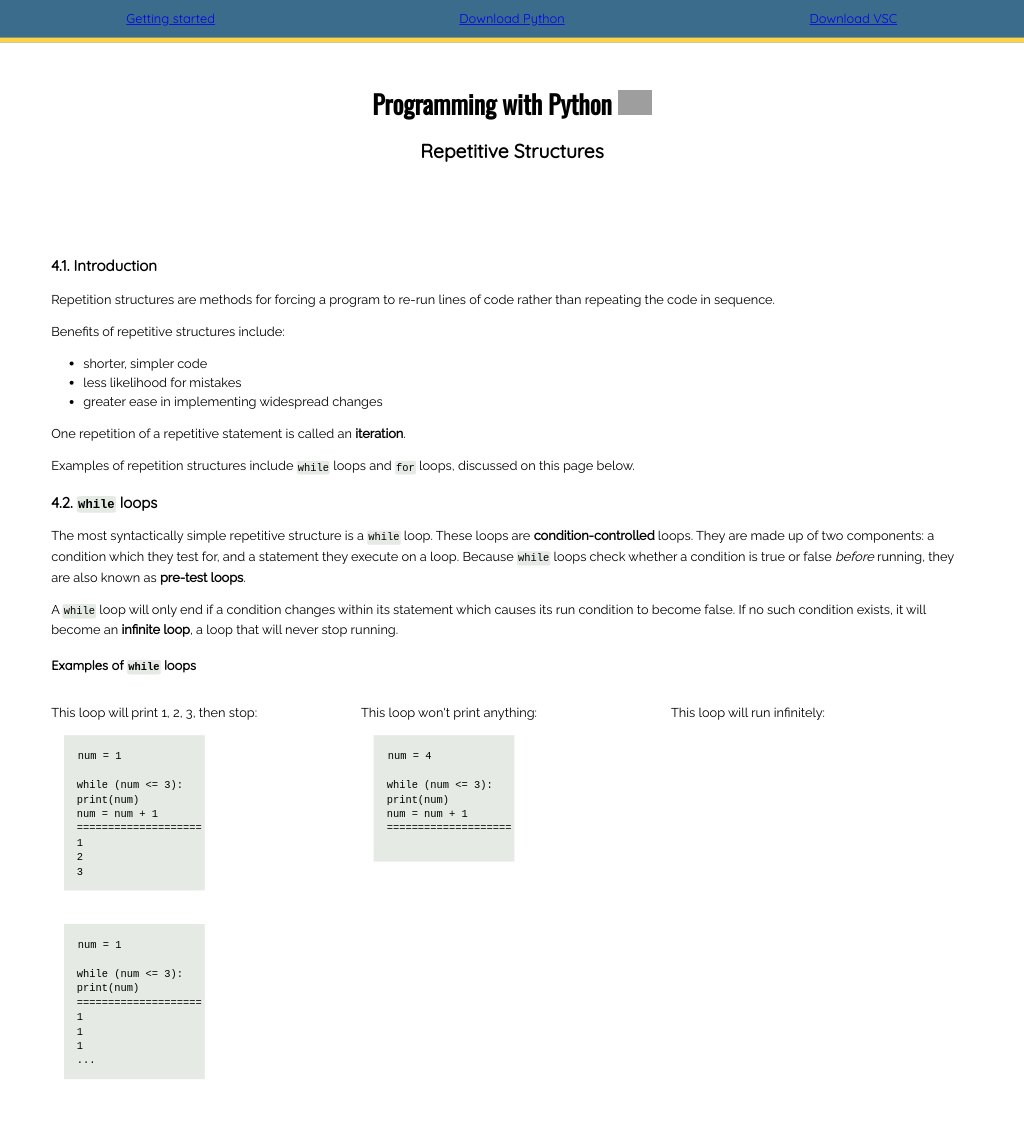
Repository: emnharris/FreeCodeCampChallenges
Page: responsive-web-design/technical-documentation-page/python-tutorial.html
An editor plug-in stored every save of this project. The page is shown before and after the next save, followed by the edit.
The browser window is 1280 px wide. The pictures show the whole page, at 80% of full size.
Pictures or frames that could not be fetched are drawn as grey boxes.

Above is the page before, as saved 2020-04-16 18:31:26.

After the next save:
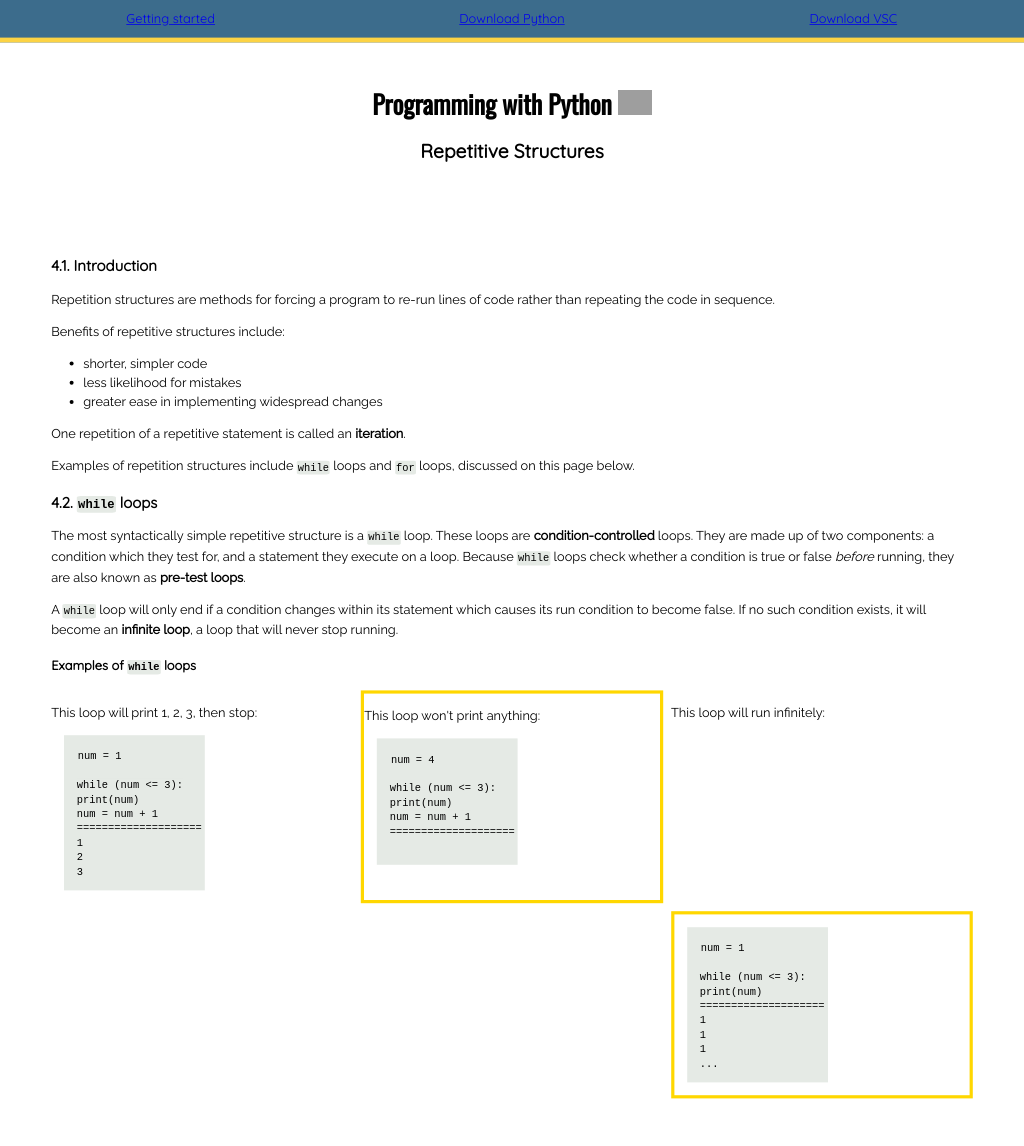
Saved 63 s later.
--- a/responsive-web-design/technical-documentation-page/python-tutorial.css
+++ b/responsive-web-design/technical-documentation-page/python-tutorial.css
@@ -82,3 +82,11 @@ header {
     grid-column: 1/2;
     border: gold solid 4px;
 }
+#broken {
+    grid-column: 2/3;
+    border: gold solid 4px;
+}
+#infinite {
+    grid-column: 3/4;
+    border: gold solid 4px;
+}
